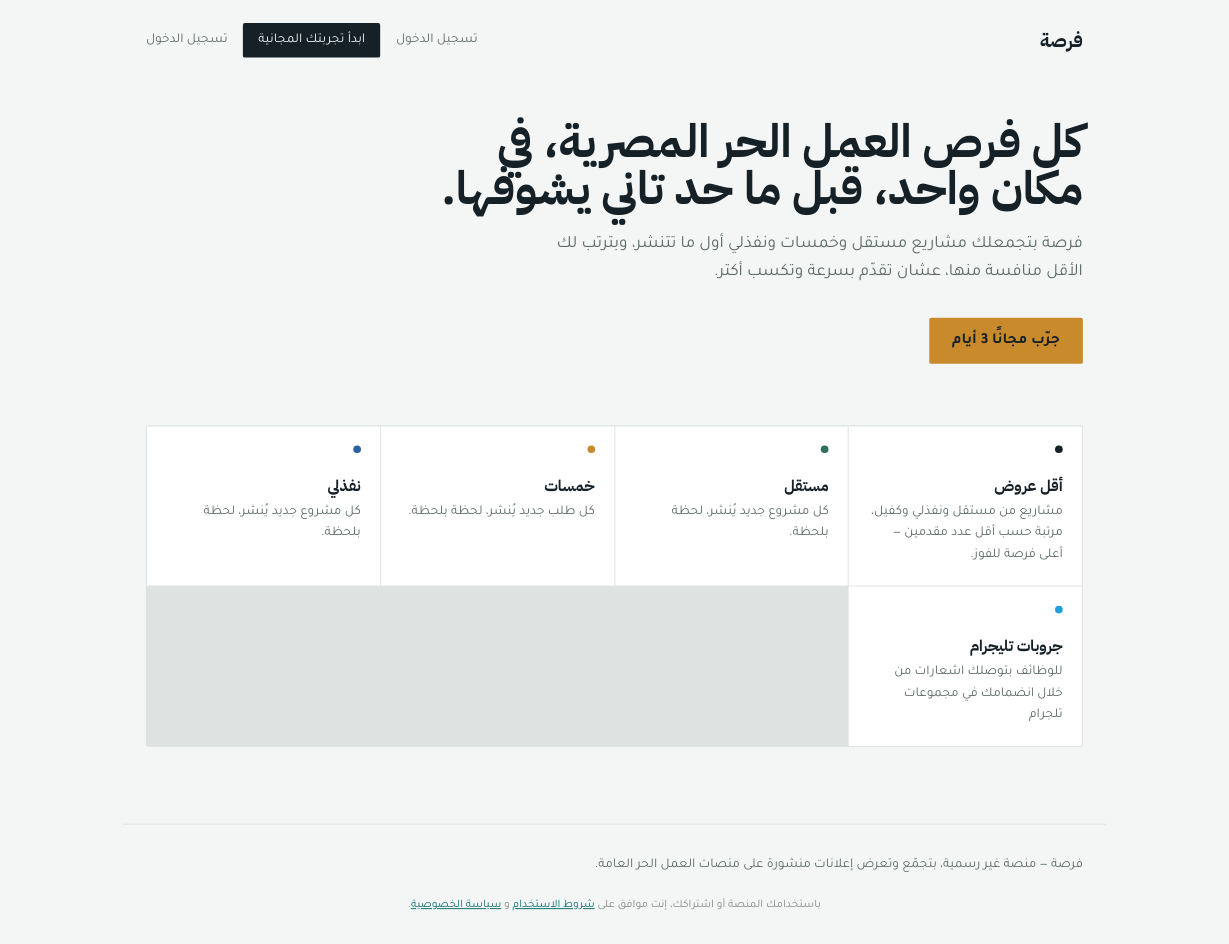
Repository: Omrtyurke123/forsa
Page: /
The author's editor kept a copy of each file at every save. The page is drawn from the files as they stood at one save, then again after the next save.
The browser window is 1280 px wide. The pictures show the whole page, at 96% of full size.
The project was rebuilt for these pictures with package versions that can differ from the ones it lists, and the page was loaded fresh each time. The framework's server and built-in components were replaced by stand-ins that run in the browser. Also part of the build but not shown: next.config.mjs, app/InstallButton.js.

Above is the page before, as saved 2026-10-16 10:14:53.

### app/layout.js
import "./globals.css";
import { IBM_Plex_Sans_Arabic, Tajawal } from "next/font/google";

const display = IBM_Plex_Sans_Arabic({
  subsets: ["arabic"],
  weight: ["600", "700"],
  variable: "--font-display",
});

const body = Tajawal({
  subsets: ["arabic"],
  weight: ["400", "500", "700"],
  variable: "--font-body",
});

export const metadata = {
  title: "فرصة — وظائف العمل الحر في مكان واحد",
  description:
    "وظائف البرمجة والتصميم من مستقل وخمسات ونفذلي، مرتبة ولحظية، في مكان واحد.",
};

export default function RootLayout({ children }) {
  return (
    <html lang="ar" dir="rtl" className={`${display.variable} ${body.variable}`}>
      <link rel="manifest" href="/manifest.json" />
      <meta name="theme-color" content="#111111" />
      <body className="bg-paper text-ink font-body">{children}</body>
    </html>
  );
}

### app/page.js
import Link from "next/link";
import InstallButton from "./InstallButton";
const sections = [
  {
    name: "أقل عروض",
    desc: "مشاريع من مستقل ونفذلي وكفيل، مرتبة حسب أقل عدد مقدمين — أعلى فرصة للفوز.",
    color: "bg-ink",
  },
  { name: "مستقل", desc: "كل مشروع جديد يُنشر، لحظة بلحظة.", color: "bg-mostaql" },
  { name: "خمسات", desc: "كل طلب جديد يُنشر، لحظة بلحظة.", color: "bg-khamsat" },
  { name: "نفذلي", desc: "كل مشروع جديد يُنشر، لحظة بلحظة.", color: "bg-nafezly" },
  {
    name: "جروبات تليجرام",
    desc: "للوظائف بتوصلك اشعارات من خلال انضمامك في مجموعات تلجرام",
    color: "bg-[#229ED9]",
  },
];

export default function Home() {
  return (
    <main>
      <header className="flex items-center justify-between max-w-5xl mx-auto px-6 py-6">
        <span className="font-display font-bold text-xl">فرصة</span>
        <nav className="flex items-center gap-4 text-sm">
          <Link href="/login" className="text-muted hover:text-ink">
            تسجيل الدخول
          </Link>
          <Link
            href="/signup"
            className="bg-ink text-paper px-4 py-2 rounded-sm hover:bg-teal transition-colors"
          >
            ابدأ تجربتك المجانية
          </Link>
          <InstallButton />
          <Link href="/login" className="text-muted hover:text-ink">
            تسجيل الدخول
          </Link>
        </nav>
      </header>

      <section className="max-w-5xl mx-auto px-6 pt-10 pb-16">
        <h1 className="font-display font-bold text-4xl md:text-5xl leading-[1.3] max-w-2xl">
          كل فرص العمل الحر المصرية، في مكان واحد، قبل ما حد تاني يشوفها.
        </h1>
        <p className="mt-5 text-lg text-muted max-w-xl leading-relaxed">
          فرصة بتجمعلك مشاريع مستقل وخمسات ونفذلي أول ما تتنشر، وبترتب لك
          الأقل منافسة منها، عشان تقدّم بسرعة وتكسب أكتر.
        </p>
        <Link
          href="/signup"
          className="inline-block mt-8 bg-gold text-ink font-bold px-6 py-3 rounded-sm hover:brightness-95 transition"
        >
          جرّب مجانًا 3 أيام
        </Link>
      </section>

      <section className="max-w-5xl mx-auto px-6 pb-20">
        <div className="grid md:grid-cols-4 gap-px bg-line border border-line rounded-sm overflow-hidden">
          {sections.map((s) => (
            <div key={s.name} className="bg-panel p-5">
              <span className={`inline-block w-2 h-2 rounded-full ${s.color} mb-3`} />
              <h3 className="font-bold mb-1">{s.name}</h3>
              <p className="text-sm text-muted leading-relaxed">{s.desc}</p>
            </div>
          ))}
        </div>
      </section>

      <footer className="max-w-5xl mx-auto px-6 py-8 text-sm text-muted border-t border-line">
        فرصة — منصة غير رسمية، بتجمّع وتعرض إعلانات منشورة على منصات العمل
        الحر العامة.
        <p className="text-xs text-ink/50 mt-6 text-center">
          باستخدامك المنصة أو اشتراكك، إنت موافق على{" "}
          <a href="/terms" className="text-teal underline">شروط الاستخدام</a>{" "}
          و{" "}
          <a href="/privacy" className="text-teal underline">سياسة الخصوصية</a>.
        </p>
      </footer>
    </main>
  );
}

### app/globals.css
@tailwind base;
@tailwind components;
@tailwind utilities;

* {
  border-color: theme("colors.line");
}

:focus-visible {
  outline: 2px solid theme("colors.teal");
  outline-offset: 2px;
}

h1, h2, h3 {
  font-family: var(--font-display);
}

### tailwind.config.js
/** @type {import('tailwindcss').Config} */
module.exports = {
  content: ["./app/**/*.{js,jsx}"],
  theme: {
    extend: {
      colors: {
        ink: "#152027",
        paper: "#F4F6F5",
        panel: "#FFFFFF",
        gold: "#C98A2C",
        teal: "#0B6E6E",
        line: "#DDE3E1",
        muted: "#5B6B68",
        danger: "#B3432B",
        mostaql: "#2F6F5E",
        khamsat: "#C98A2C",
        nafezly: "#2B5FA8",
      },
      fontFamily: {
        display: ["var(--font-display)", "sans-serif"],
        body: ["var(--font-body)", "sans-serif"],
      },
    },
  },
  plugins: [],
};

After the next save:
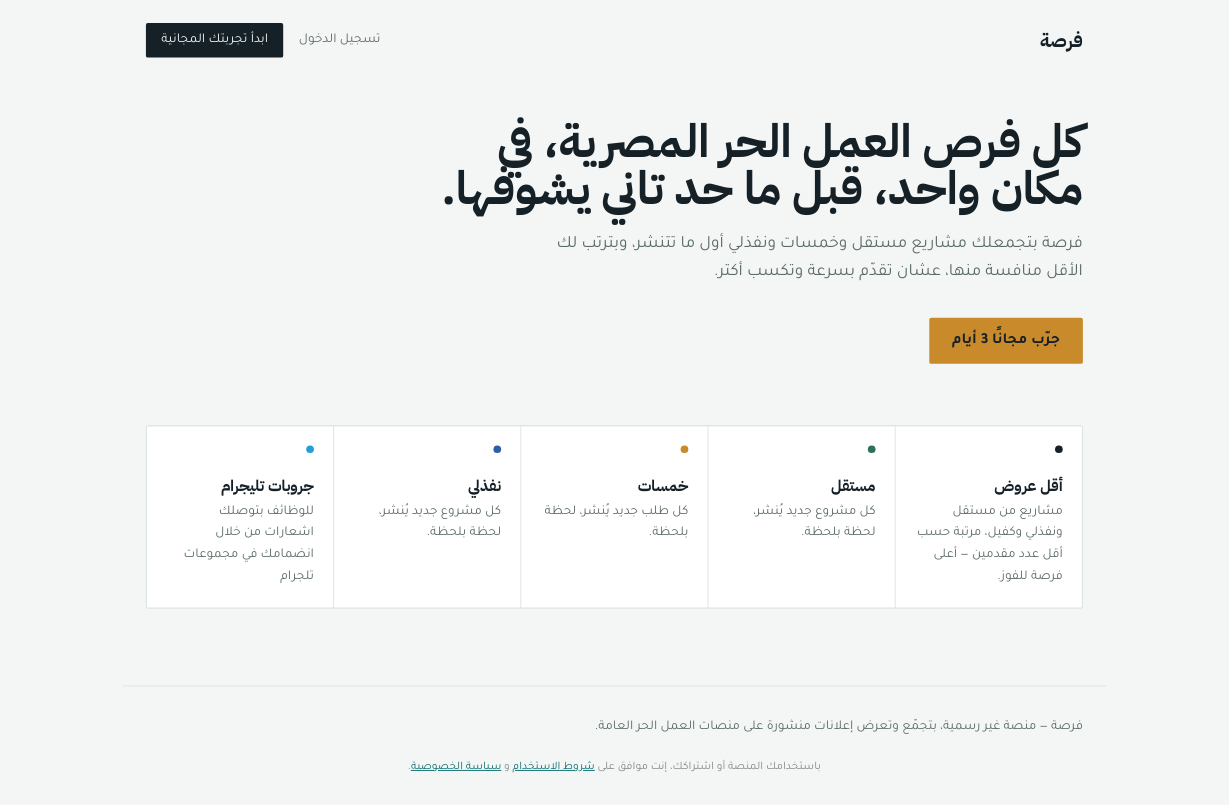
Saved 118 s later.
--- a/app/page.js
+++ b/app/page.js
@@ -1,5 +1,6 @@
 import Link from "next/link";
 import InstallButton from "./InstallButton";
+
 const sections = [
   {
     name: "أقل عروض",
@@ -22,6 +23,7 @@
       <header className="flex items-center justify-between max-w-5xl mx-auto px-6 py-6">
         <span className="font-display font-bold text-xl">فرصة</span>
         <nav className="flex items-center gap-4 text-sm">
+          <InstallButton />
           <Link href="/login" className="text-muted hover:text-ink">
             تسجيل الدخول
           </Link>
@@ -30,10 +32,6 @@
             className="bg-ink text-paper px-4 py-2 rounded-sm hover:bg-teal transition-colors"
           >
             ابدأ تجربتك المجانية
-          </Link>
-          <InstallButton />
-          <Link href="/login" className="text-muted hover:text-ink">
-            تسجيل الدخول
           </Link>
         </nav>
       </header>
@@ -55,7 +53,7 @@
       </section>
 
       <section className="max-w-5xl mx-auto px-6 pb-20">
-        <div className="grid md:grid-cols-4 gap-px bg-line border border-line rounded-sm overflow-hidden">
+        <div className="grid grid-cols-2 md:grid-cols-3 lg:grid-cols-5 gap-px bg-line border border-line rounded-sm overflow-hidden">
           {sections.map((s) => (
             <div key={s.name} className="bg-panel p-5">
               <span className={`inline-block w-2 h-2 rounded-full ${s.color} mb-3`} />
